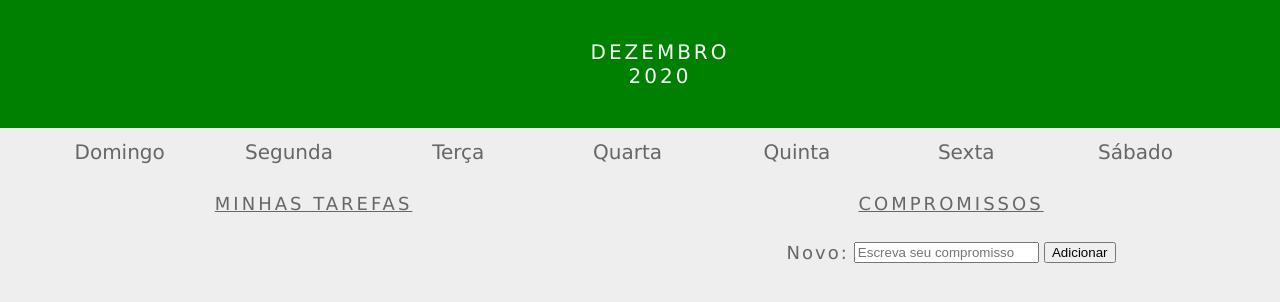
Repository: Hugobrr/trybe-exercises
Page: exercises/5_bloco/3_dia/exercicio.html
These files come from the project's save history. The page is drawn as it stood at one moment and after the next save; the edit follows.
The browser window is 1280 px wide. The pictures show the whole page.

Above is the page before, as saved 2020-11-04 19:23:47.
Console error: TypeError: Assignment to constant variable.

After the next save:
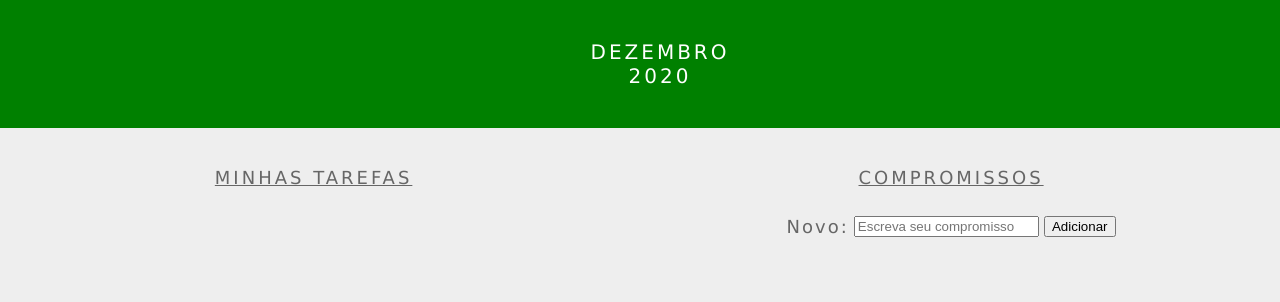
Console error: SyntaxError: Identifier 'day' has already been declared
Saved 10 min 45 s later.
--- a/exercises/5_bloco/3_dia/script.js
+++ b/exercises/5_bloco/3_dia/script.js
@@ -17,8 +17,14 @@
 const dezDaysList = [29, 30, 1, 2, 3, 4, 5, 6, 7, 8, 9, 10, 11, 12, 13, 14, 15, 16, 17, 18, 19, 20, 21, 22, 23, 24, 25, 26, 27, 28, 29, 30, 31];;
 
 
+// for (let i=0; i<dezDaysList.length; i++){
+//     const day = document.createElement("li").className ="day"
+//     day = document.getElementsByTagName('ul',).day;
+//     day.innerHTML = dezDaysList[i];
+// }
+
+let dayList = document.querySelector("#days");
 for (let i=0; i<dezDaysList.length; i++){
     const day = document.createElement("li").className ="day"
-    day = document.getElementsByTagName('ul',).day;
-    day.innerHTML = dezDaysList[i];
+    let day = dezDaysList[i]
 }

After the 2 saves that followed:
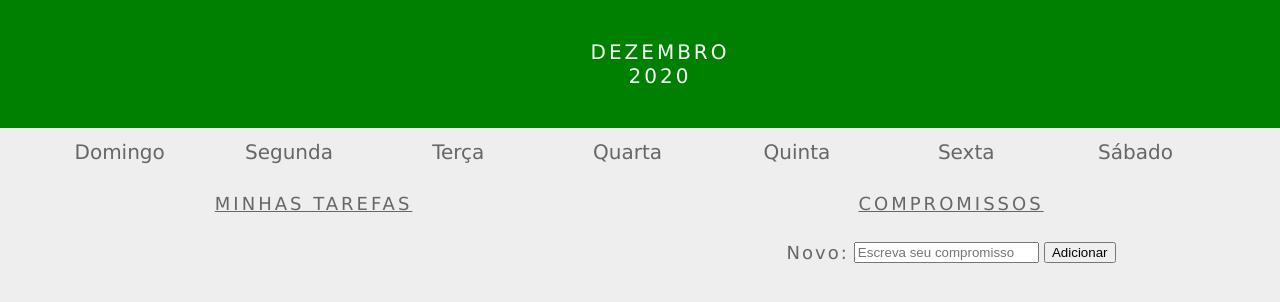
Console error: TypeError: Assignment to constant variable.
The 2 saves are shown as one change because 1 left the picture as it was.
The last was saved 109 s later.
--- a/exercises/5_bloco/3_dia/script.js
+++ b/exercises/5_bloco/3_dia/script.js
@@ -26,5 +26,6 @@
 let dayList = document.querySelector("#days");
 for (let i=0; i<dezDaysList.length; i++){
     const day = document.createElement("li").className ="day"
-    let day = dezDaysList[i]
+    day = dezDaysList[i]
+    day.appendChild(dayList);
 }
